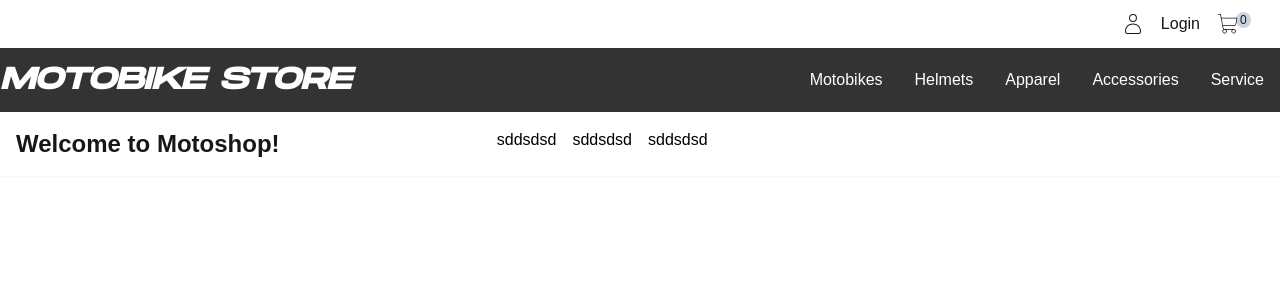
Repository: Than-sothearak/next-motoshop
Page: /
The author's editor kept a copy of each file at every save. The page is drawn from the files as they stood at one save, then again after the next save.
The browser window is 1280 px wide. The pictures show the whole page.
The project was rebuilt for these pictures with package versions that can differ from the ones it lists, and the page was loaded fresh each time. The framework's server and built-in components were replaced by stand-ins that run in the browser. Also part of the build but not shown: next.config.mjs.

Above is the page before, as saved 2024-10-10 21:37:19.

After the next save:
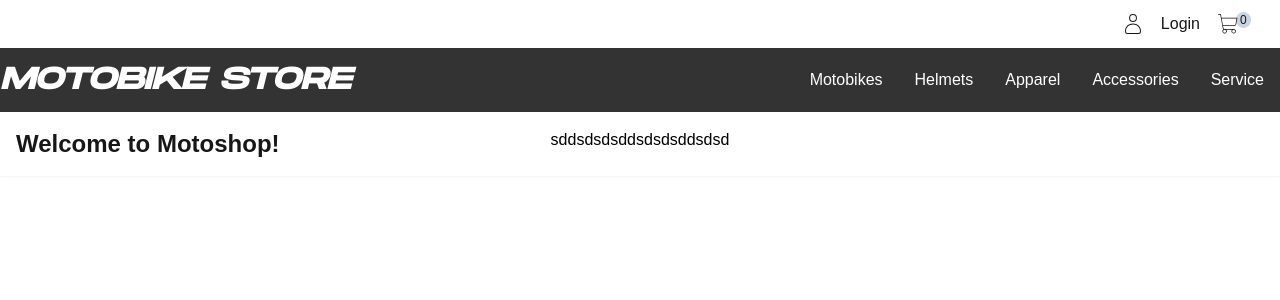
Saved 11 s later.
--- a/app/components/Navbar.js
+++ b/app/components/Navbar.js
@@ -59,7 +59,7 @@ export default function Navbar() {
 
       <div className="container mx-auto shadow-sm p-4 h-16  justify-center flex absolute z-20 top-16">
 
-          <ul className="grid grid-cols-4 gap-4">
+          <ul className="flex">
             <a>sddsdsd</a>
             <a>sddsdsd</a>
             <a>sddsdsd</a>
